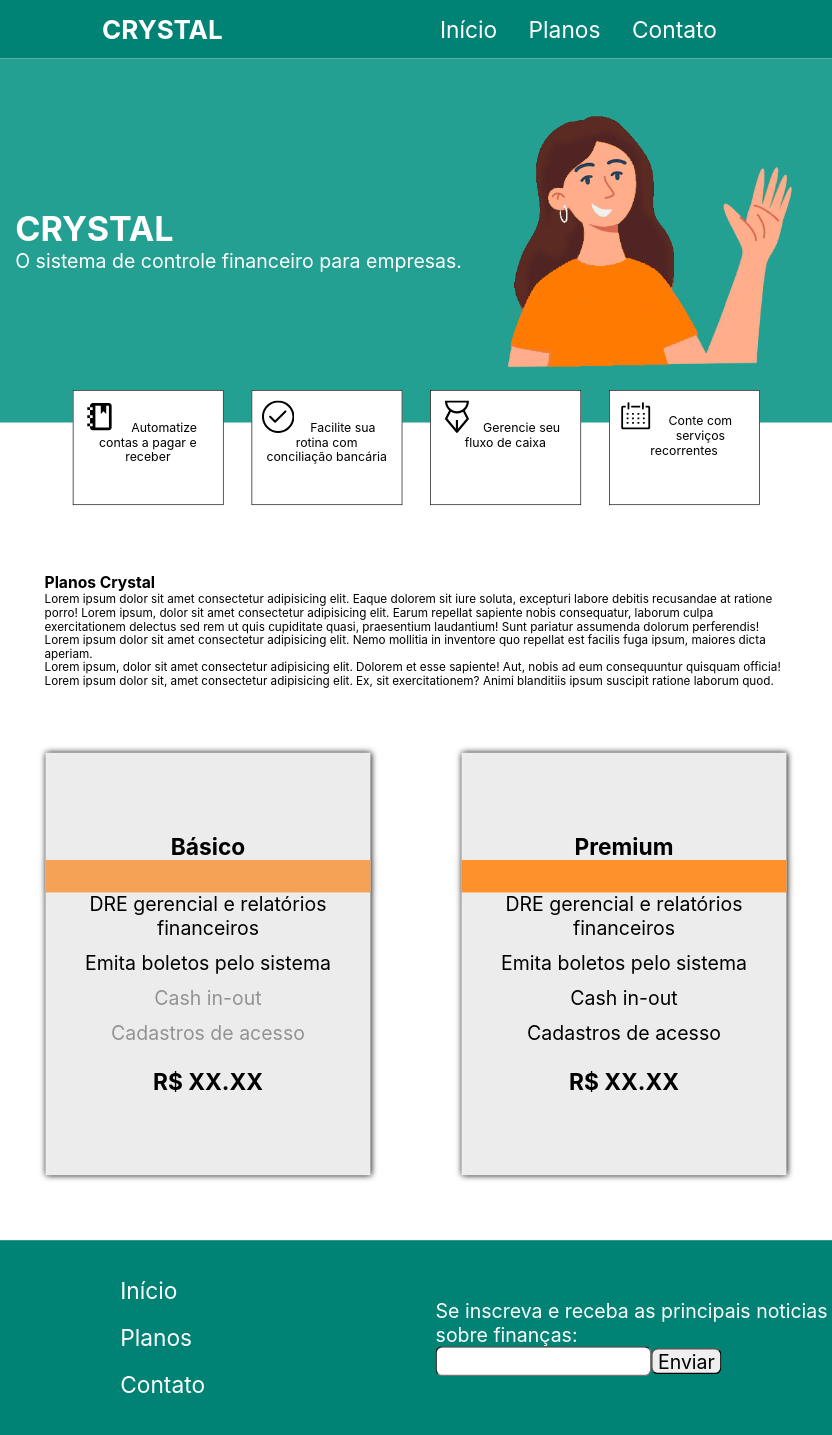
Repository: Matheus904-12/Crystallize
Page: index.html
These files come from the project's save history. The page is drawn as it stood at one moment and after a run of saves; the edit follows.
The browser window is 1280 px wide. The pictures show the whole page, at 65% of full size.
Some web fonts or font styles are not loaded; a fallback is used.

Above is the page before, as saved 2023-07-24 21:17:09.

After the next 3 saves:
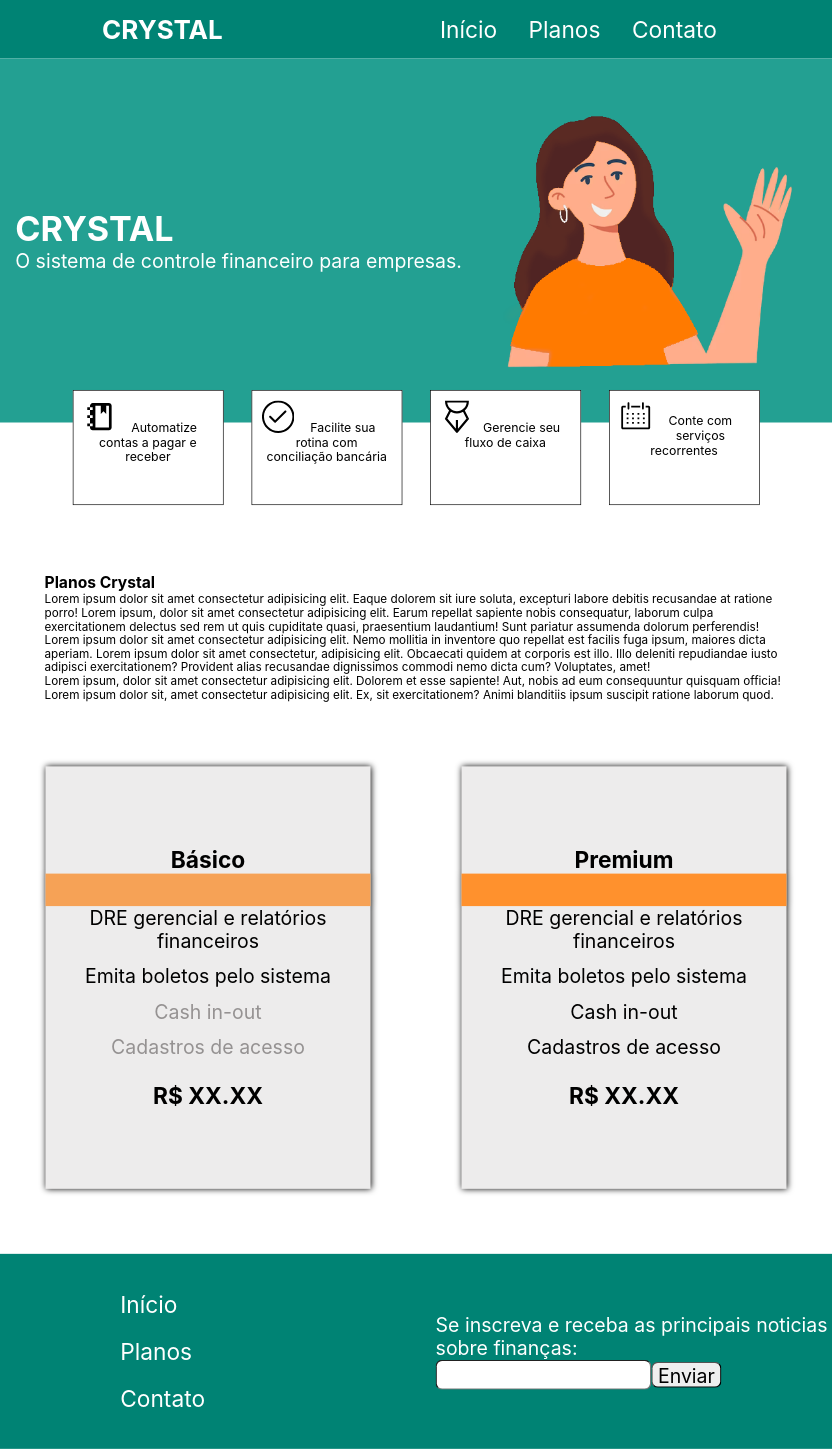
The 3 saves are shown as one change because they came seconds apart.
The last was saved 23 s later.
--- a/index.html
+++ b/index.html
@@ -68,7 +68,7 @@
         </h1>
         <div class="textoPadrao planoTexto">
             <p>Lorem ipsum dolor sit amet consectetur adipisicing elit. Eaque dolorem sit iure soluta, excepturi labore debitis recusandae at ratione porro! Lorem ipsum, dolor sit amet consectetur adipisicing elit. Earum repellat sapiente nobis consequatur, laborum culpa exercitationem delectus sed rem ut quis cupiditate quasi, praesentium laudantium! Sunt pariatur assumenda dolorum perferendis!</p>
-            <p>Lorem ipsum dolor sit amet consectetur adipisicing elit. Nemo mollitia in inventore quo repellat est facilis fuga ipsum, maiores dicta aperiam.</p>
+            <p>Lorem ipsum dolor sit amet consectetur adipisicing elit. Nemo mollitia in inventore quo repellat est facilis fuga ipsum, maiores dicta aperiam. Lorem ipsum dolor sit amet consectetur, adipisicing elit. Obcaecati quidem at corporis est illo. Illo deleniti repudiandae iusto adipisci exercitationem? Provident alias recusandae dignissimos commodi nemo dicta cum? Voluptates, amet!</p>
             <p>Lorem ipsum, dolor sit amet consectetur adipisicing elit. Dolorem et esse sapiente! Aut, nobis ad eum consequuntur quisquam officia!</p>
             <p>Lorem ipsum dolor sit, amet consectetur adipisicing elit. Ex, sit exercitationem? Animi blanditiis ipsum suscipit ratione laborum quod.</p>
         </div>
